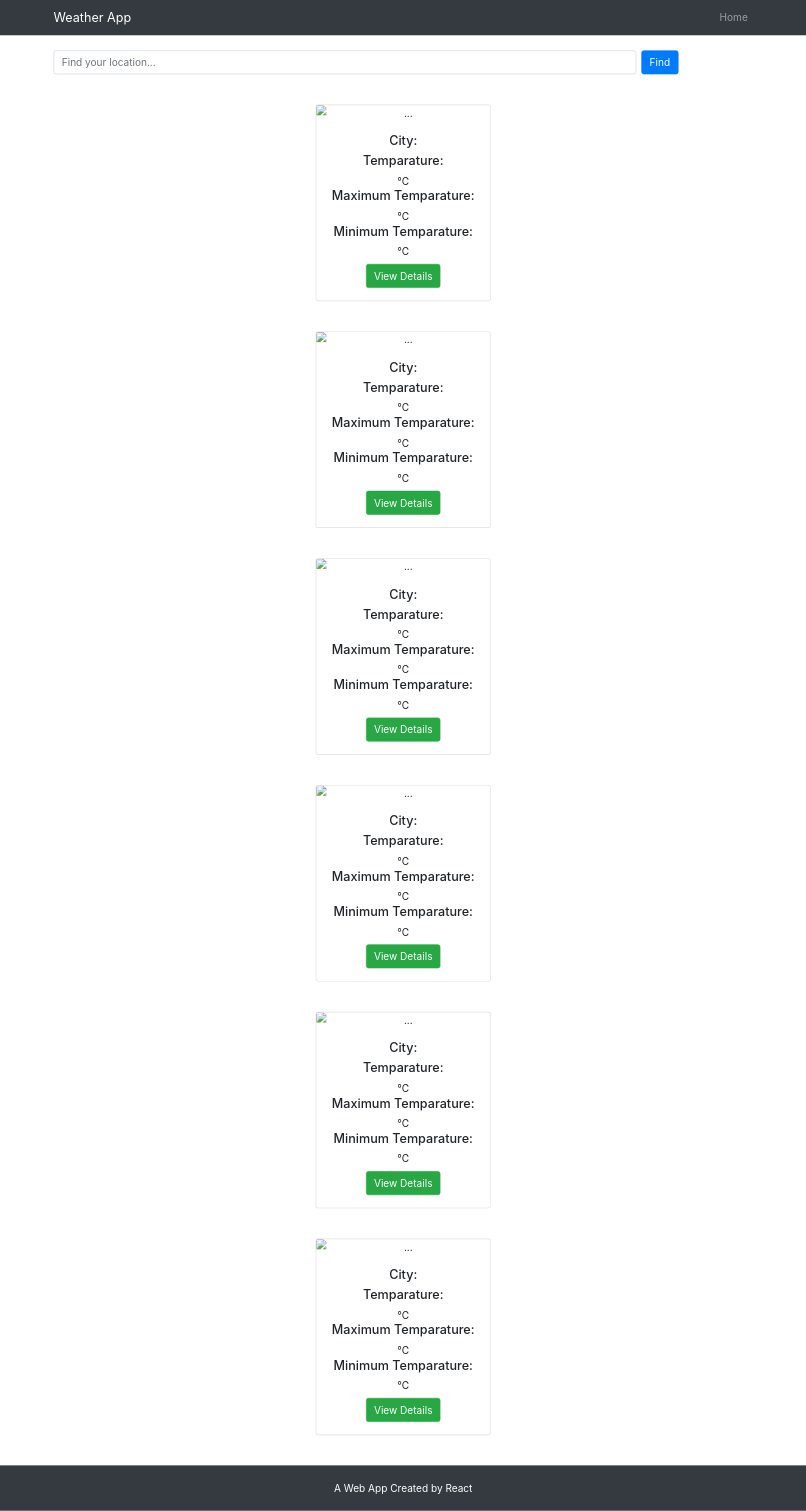
Repository: smk87/weather-app-react
Page: /
These files come from the project's save history. The page is drawn as it stood at one moment and after the next save; the edit follows.
The browser window is 1280 px wide. The pictures show the whole page, at 63% of full size.
The page's requests for data from a server got no answer. Some web libraries are served in a nearby version. The project was rebuilt for these pictures with package versions that can differ from the ones it lists, and the page was loaded fresh each time. A package was used in the major version that the imports need, not the one package.json lists. No one was signed in, and anything a server would have sent is missing.

Above is the page before, as saved 2019-02-06 18:37:48.

After the next save:
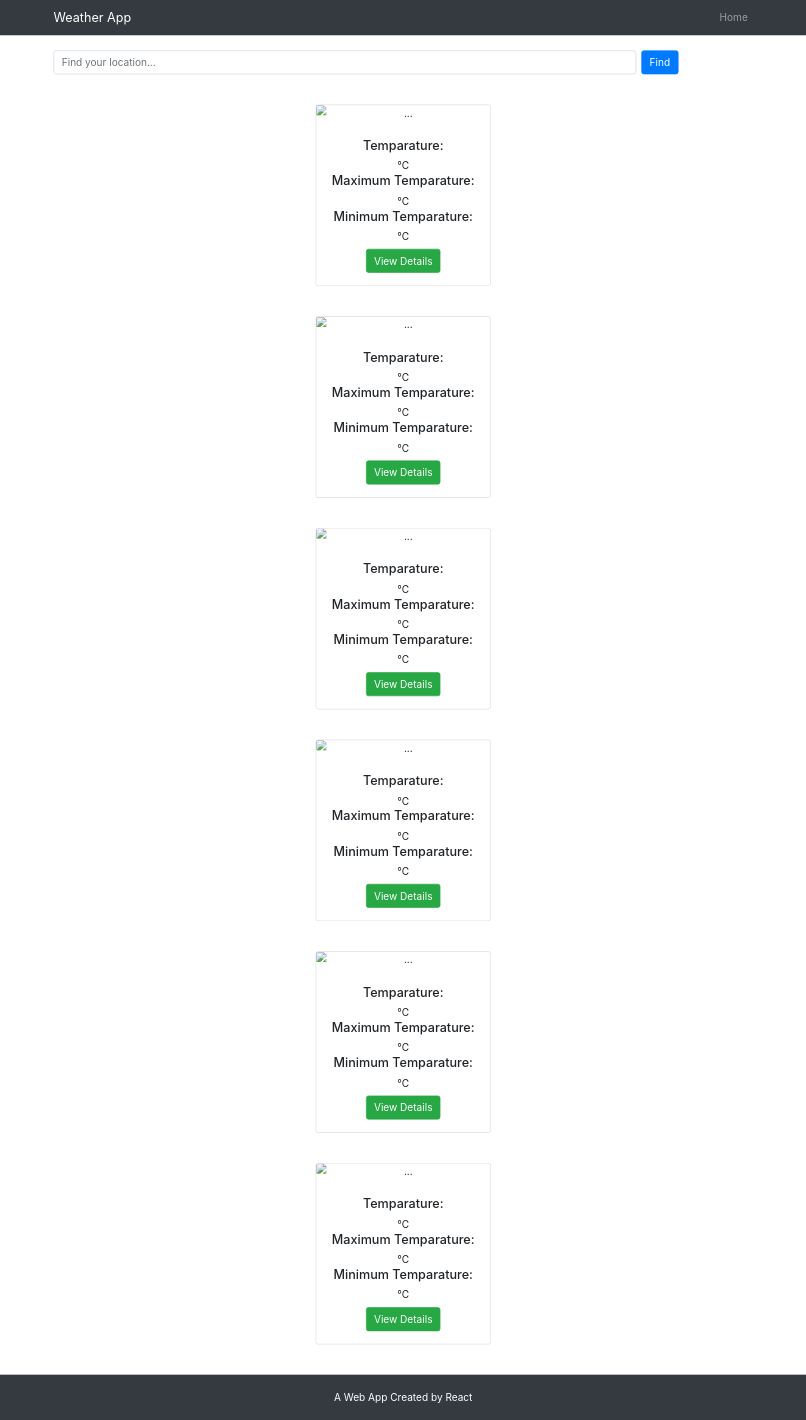
Saved 42 s later.
--- a/src/components/Weather.js
+++ b/src/components/Weather.js
@@ -93,7 +93,7 @@ export default class Weather extends Component {
         <img src={this.state.logo} className="card-img-top" alt="..." />
         <div className="card-body">
           <div className="card-text">
-            <h5>City: </h5> {this.state.cityname}
+            <h5>{this.state.cityname}</h5>
           </div>
           <div className="card-text">
             <h5>Temparature: </h5> {this.state.temp}
